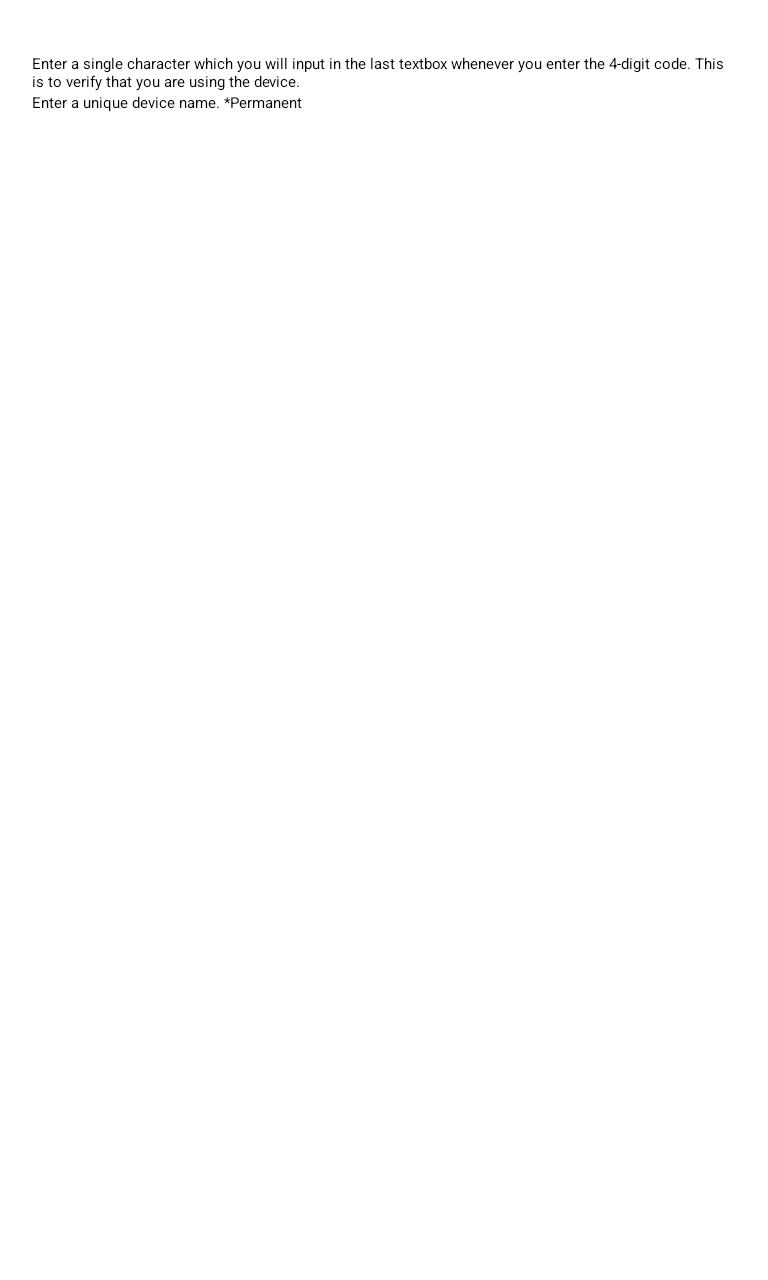
Repository: japheth-starita/DoorLockSystem
Layout: DoorLockSystem/res/layout/user_input_box.xml
An editor plug-in stored every save of this project. The layout is shown before and after the next save, followed by the edit.
It is drawn on a 768 x 1280 px phone screen (xhdpi) without system bars, with theme Platform.V14.AppCompat; the app's code is not run.

Above is the layout before, as saved 2015-12-30 02:52:00.

After the next save:
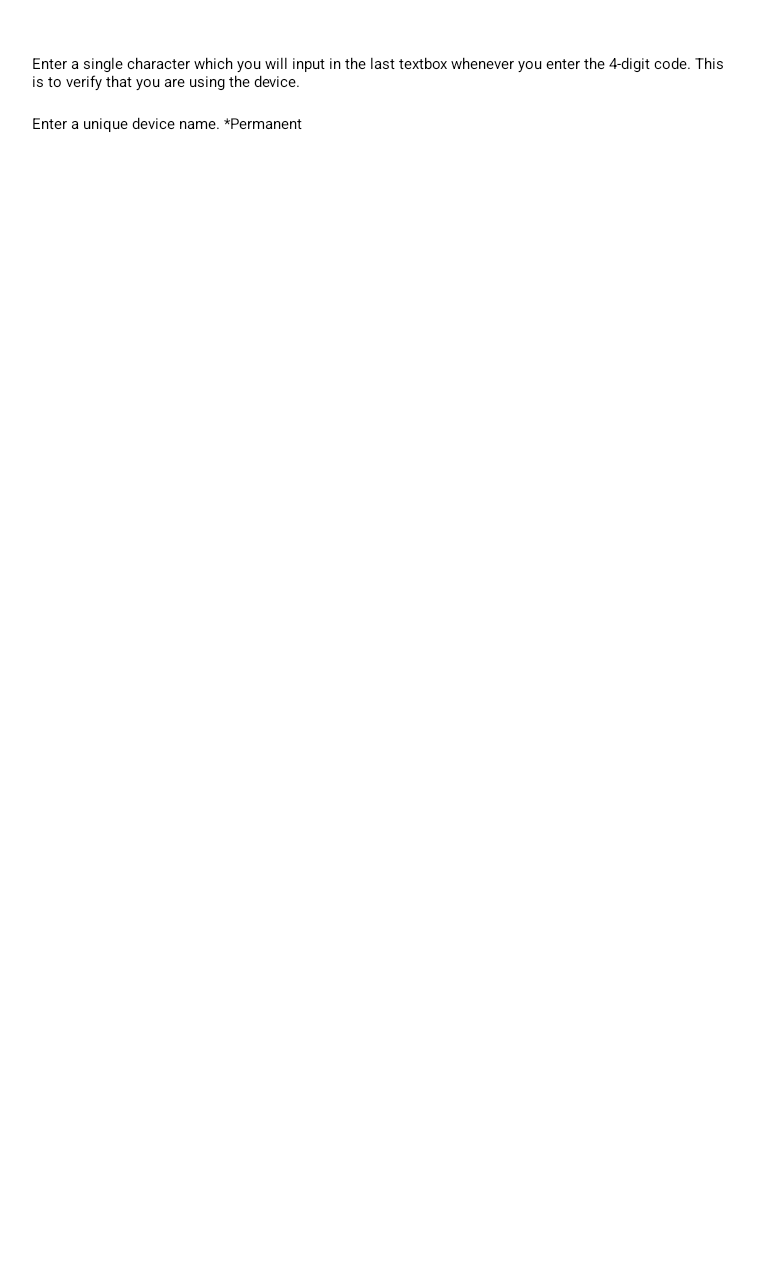
Saved 30 s later.
--- a/DoorLockSystem/res/layout/user_input_box.xml
+++ b/DoorLockSystem/res/layout/user_input_box.xml
@@ -30,7 +30,10 @@
         android:id="@+id/inputdevicename"
         android:layout_below="@+id/instruction"
         android:layout_centerHorizontal="true"
+        android:layout_width="match_parent"
+        android:layout_height="wrap_content"
         android:inputType="text"
+        android:enabled="false"
         android:maxLength="10">
     </EditText>
 
